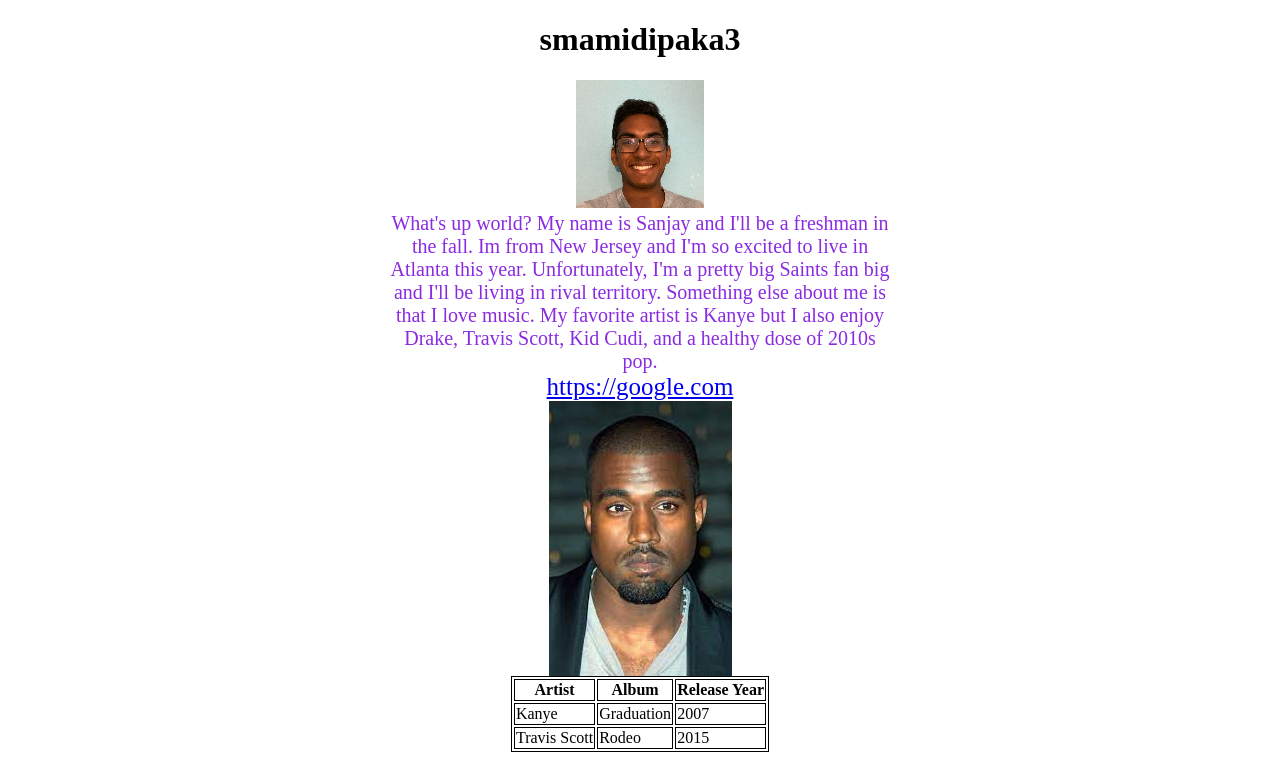
Repository: sanjayMamidipaka/cs1301
Page: lab01/index.html
An editor plug-in stored every save of this project. The page is shown before and after a run of saves, followed by the edit.
The browser window is 1280 px wide. The pictures show the whole page.

Above is the page before, as saved 2021-07-22 16:43:06.

### lab01/index.html
<!DOCTYPE html>

<head>
    <link rel="stylesheet" href="style.css">
  </head>

  <div class = "h1">
    <h1>smamidipaka3</h1>

    <img src="image.png" alt="My Picture">
    <p class = 'description'>
        What's up world? My name is Sanjay and I'll be a freshman in the fall. Im from New Jersey and I'm so excited to live in Atlanta this year.
        Unfortunately, I'm a pretty big Saints fan big and I'll be living in rival territory. Something else about me is that I love music. My favorite artist is Kanye but
        I also enjoy Drake, Travis Scott, Kid Cudi, and a healthy dose of 2010s pop.
    </p>

    <a class='link' href="https://google.com">https://google.com</a>

  </div>

  <a href="https://www.kanyewest.com/" >
    <img class='kanye' src="kanye.jpeg" alt="The GOAT's pic">
</a>

<table class='center'>
    <tr>
        <th>Artist</th>
        <th>Album</th>
        <th>Release Year</th>
    </tr>

    <tr>
        <td>Kanye</td>
        <td>Graduation</td>
        <td>2007</td>
    </tr>

    <tr>
        <td>Travis Scott</td>
        <td>Rodeo</td>
        <td>2015</td>
    </tr>
</table>

### lab01/style.css
.h1 {
    text-align: center
}

.description {
    width: 500px;
    text-align: center;
    margin: auto;
    color: blueviolet;
    font-size: 20px;
}

.link {
    font-size: 25px;
}

.kanye {
    display: block;
    margin-left: auto;
    margin-right: auto;
}

.center, th, td {
    margin-left: auto;
    margin-right: auto;
    border: solid black 1px;
}

After the next 2 saves:
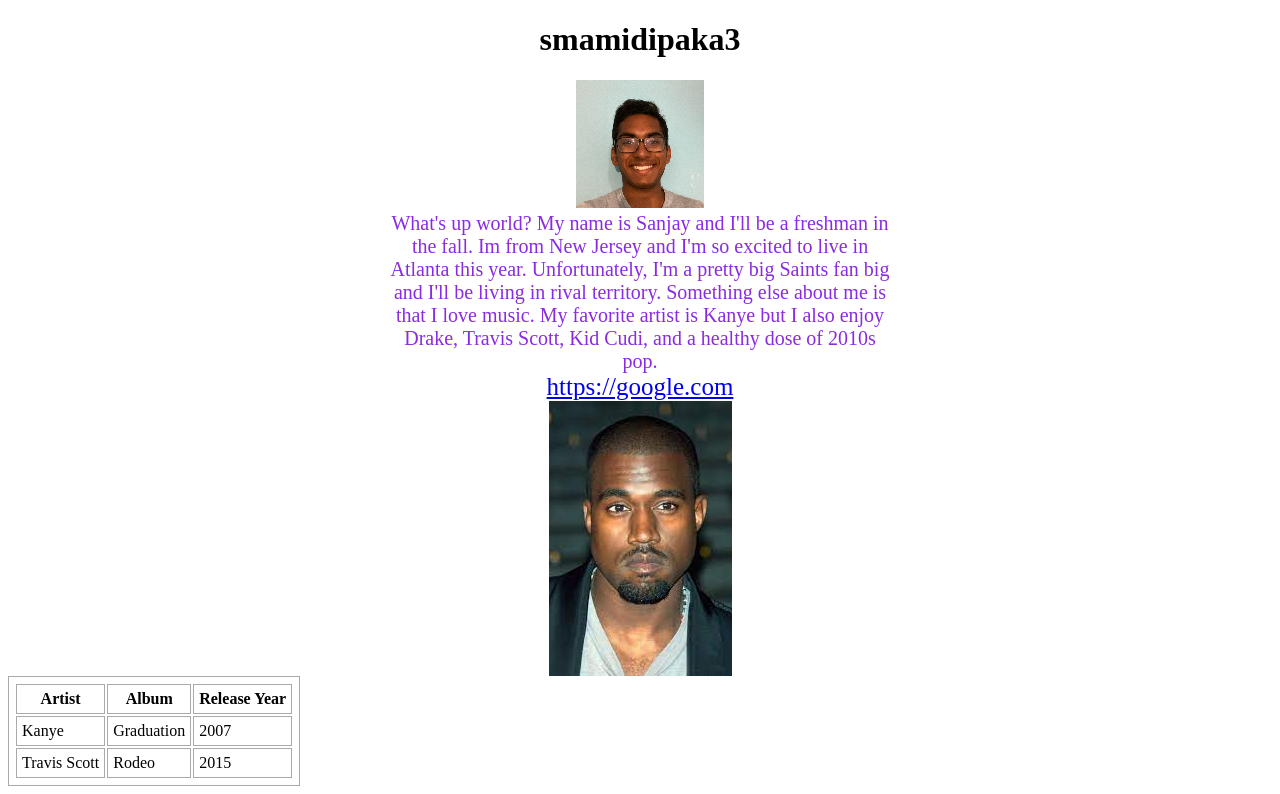
The 2 saves are shown as one change because they came seconds apart.
The last was saved 112 s later.
--- a/lab01/style.css
+++ b/lab01/style.css
@@ -21,7 +21,6 @@
 }
 
 .center, th, td {
-    margin-left: auto;
-    margin-right: auto;
-    border: solid black 1px;
+    border: 1px solid #aaaaaa;
+    padding: 5px;
 }
